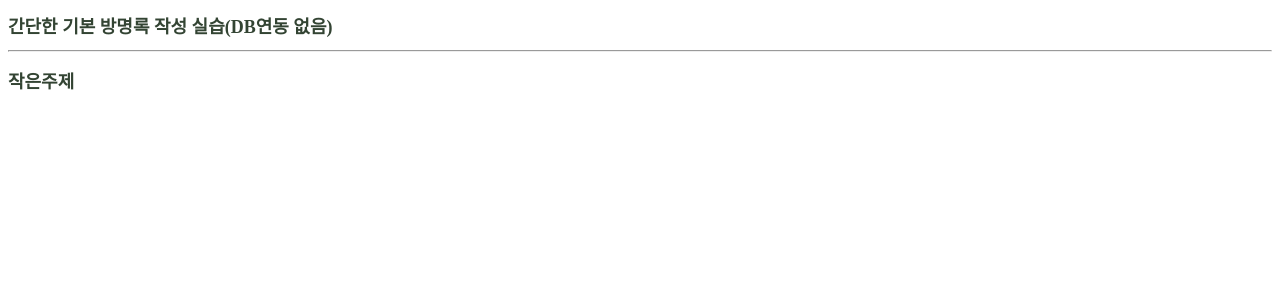
Repository: hyyrim/WebStudy
Page: http://localhost/WebApp17/Guest.jsp
The author's editor kept a copy of each file at every save. The page is drawn from the files as they stood at one save, then again after the next save.
The browser window is 1280 px wide. The pictures show the whole page.
The page is served by Tomcat 9.

Above is the page before, as saved 2021-05-20 05:41:50.

After the next save:
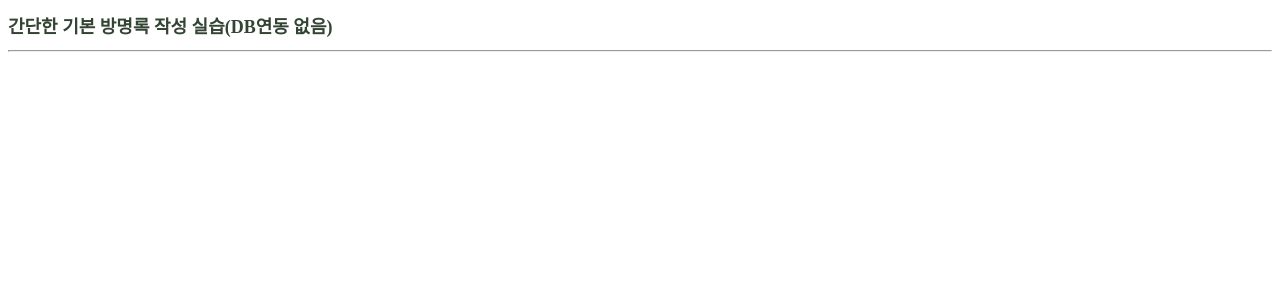
Saved 9 s later.
--- a/WebApp17/WebContent/Guest.jsp
+++ b/WebApp17/WebContent/Guest.jsp
@@ -15,7 +15,6 @@
 </div>
 
 <div>
-	<h2>작은주제</h2>
 	<form>
 	</form>
 </div>
